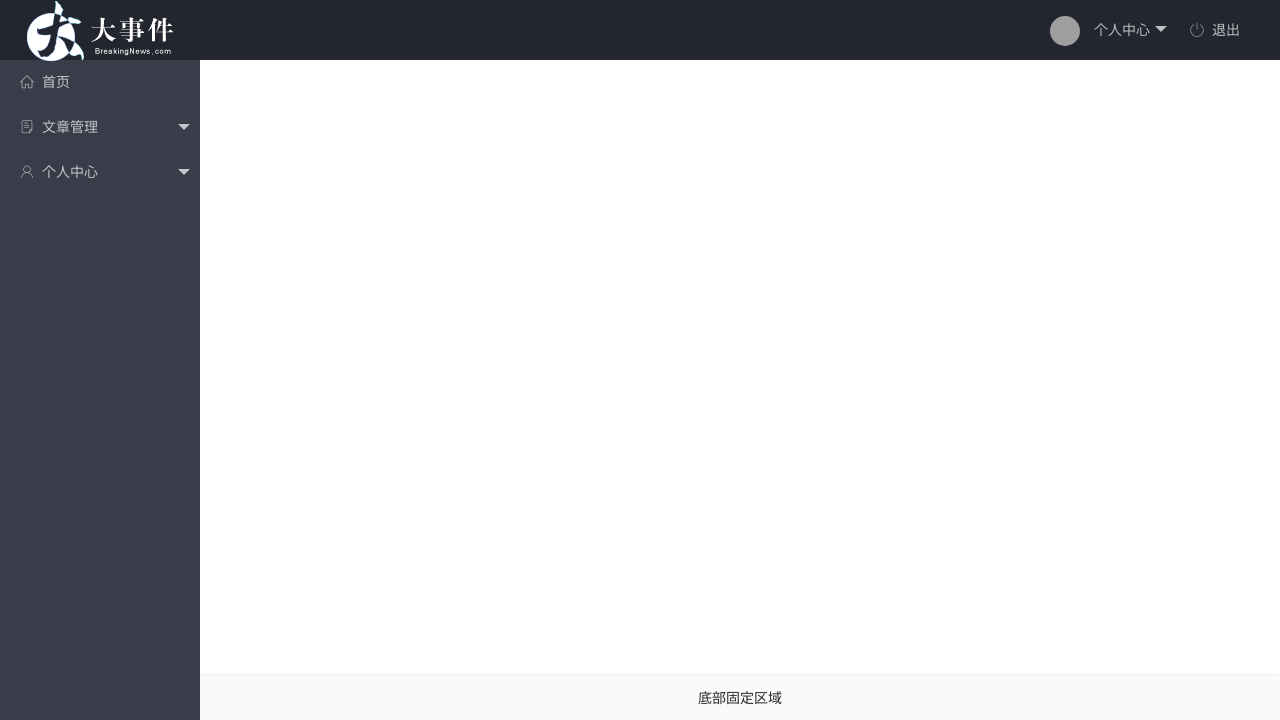
Repository: 1zhoukexin/web_aad
Page: index.html
The author's editor kept a copy of each file at every save. The page is drawn from the files as they stood at one save, then again after the next save.
The browser window is 1280 px wide. The pictures show the whole page.
Pictures or frames that could not be fetched are drawn as grey boxes.

Above is the page before, as saved 2021-04-16 20:34:34.

After the next save:
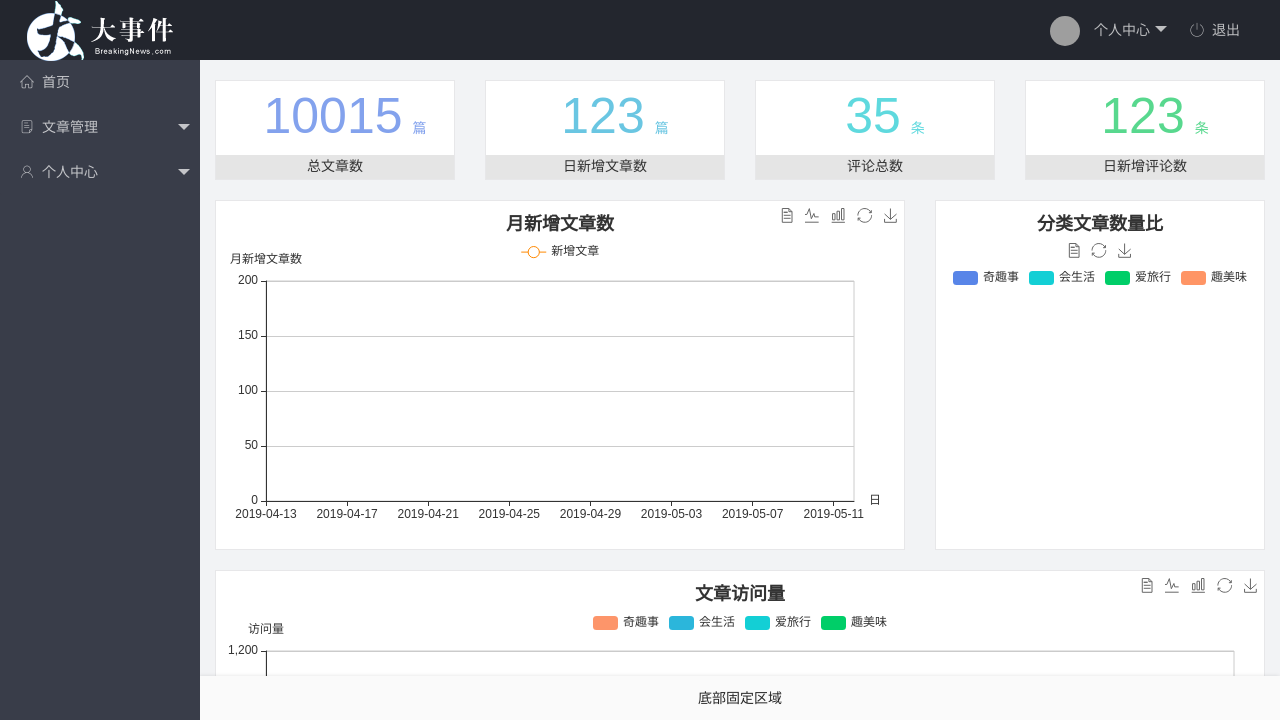
Saved 3 min 51 s later.
--- a/index.html
+++ b/index.html
@@ -83,7 +83,7 @@
 
         <div class="layui-body">
             <!-- 内容主体区域 -->
-            <iframe name="fm" src="" frameborder="0"></iframe>
+            <iframe name="fm" src="/home/dashboard.html" frameborder="0"></iframe>
         </div>
 
         <div class="layui-footer">
